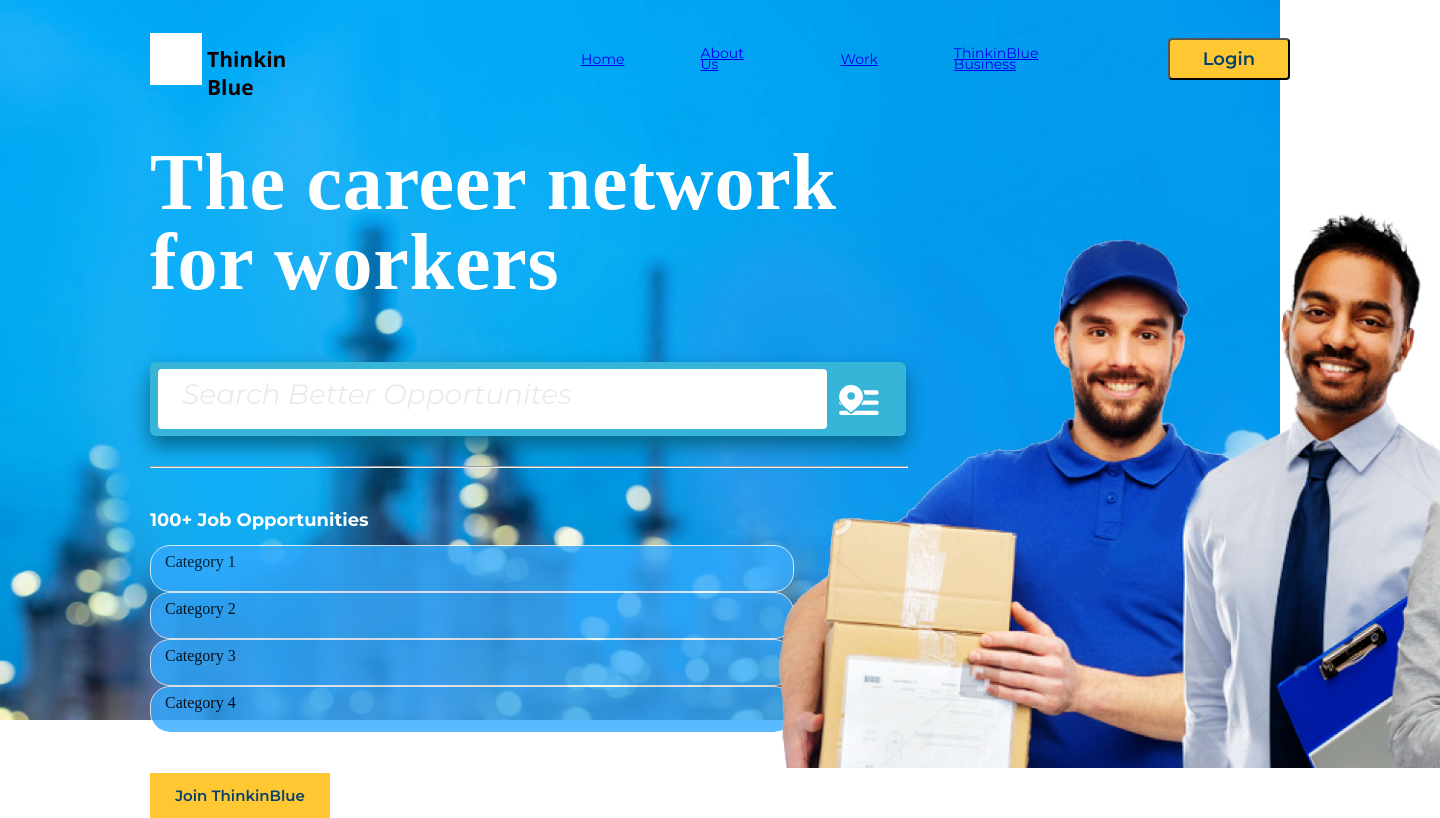
Repository: shekharyadav638/OSL_Assignment_1
Page: index.html
An editor plug-in stored every save of this project. The page is shown before and after the next save, followed by the edit.
The browser window is 1280 px wide. The page is 1440 px wide, so the pictures cover 1440 px, including what lies to the right of the window. The pictures show the whole page.
The style sheet was rebuilt from its Sass, Less or Tailwind sources for each picture, by a compiler version that may differ from the author's.

Above is the page before, as saved 2024-07-13 14:38:56.

After the next save:
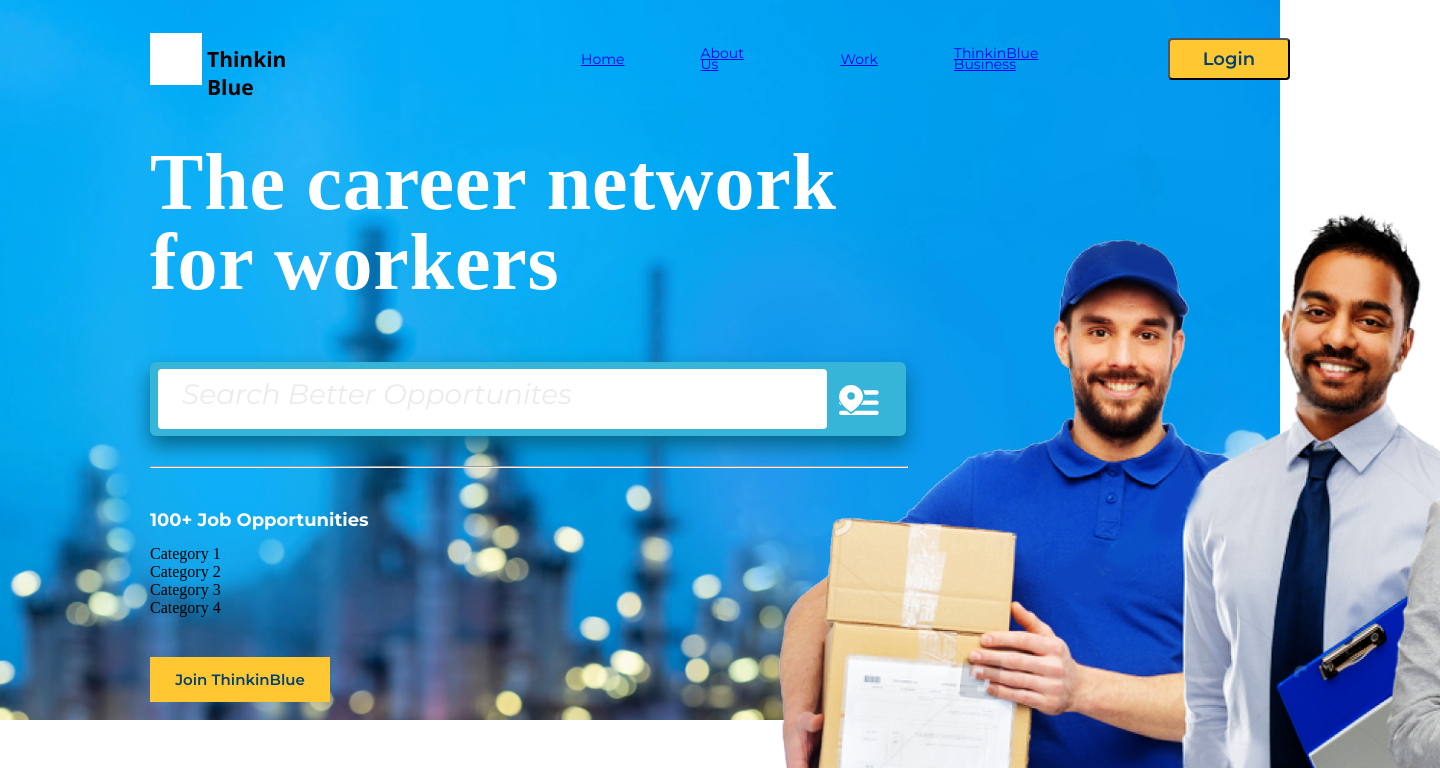
Saved 56 s later.
--- a/_banner.scss
+++ b/_banner.scss
@@ -73,16 +73,19 @@
         margin-top: 15px;
         margin-right: 73px;
         display: grid;
-        &_item {
-          background: #32aaff 0% 0% no-repeat padding-box;
-          border: 1px solid #ffffff;
-          border-radius: 20px;
-          opacity: 0.8;
-          height: 30px;
-          padding-left: 14px;
-          padding-right: 14px;
-          padding-top: 7px;
-          padding-bottom: 8px;
+
+        &_above {
+          &_item {
+            background: #32aaff 0% 0% no-repeat padding-box;
+            border: 1px solid #ffffff;
+            border-radius: 20px;
+            opacity: 0.8;
+            height: 30px;
+            padding-left: 14px;
+            padding-right: 14px;
+            padding-top: 7px;
+            padding-bottom: 8px;
+          }
         }
       }
 

After the save that followed:
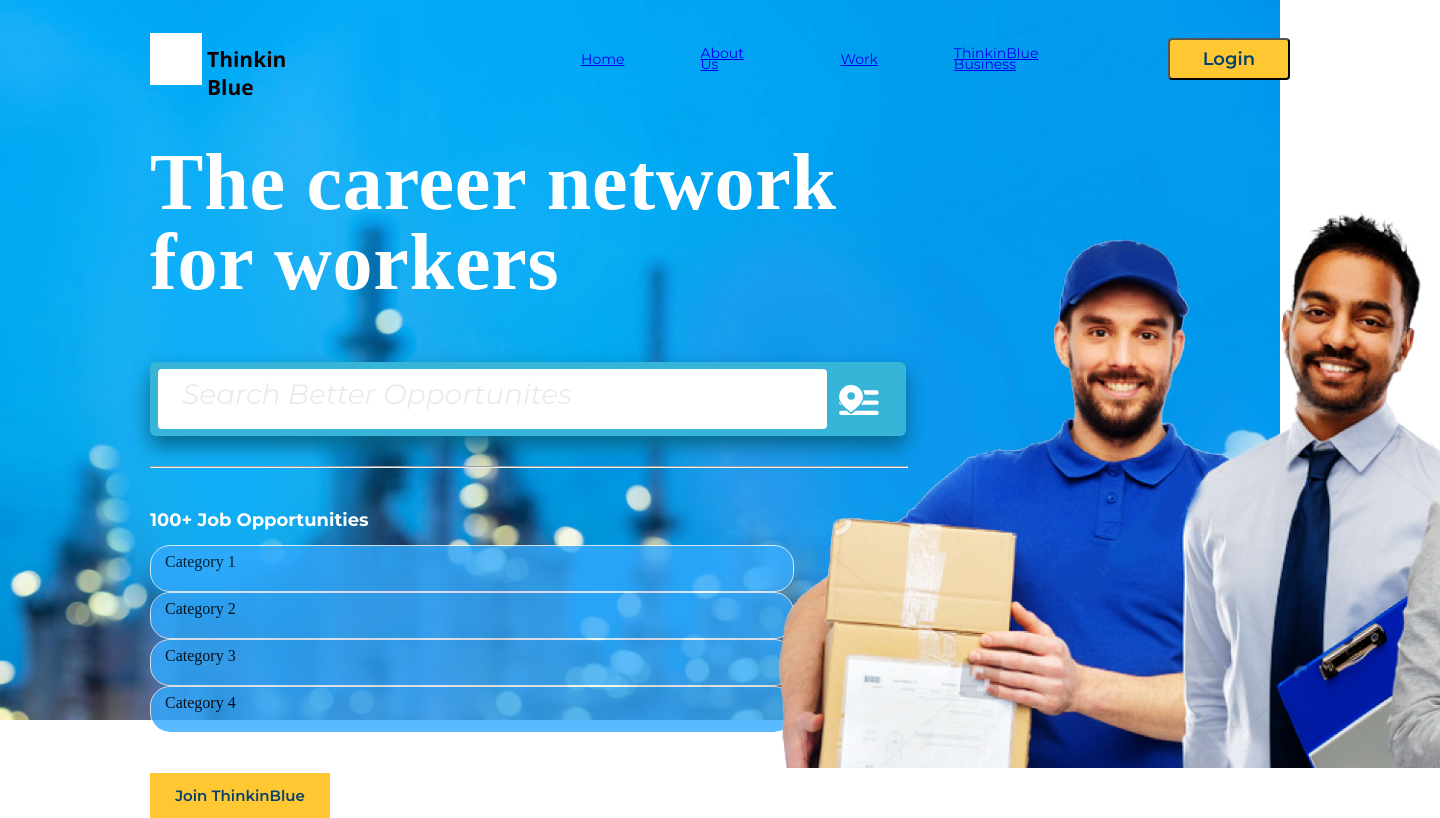
Saved 34 s later.
--- a/index.html
+++ b/index.html
@@ -45,10 +45,10 @@
         <div class="banner_left_categories_title">100+ Job Opportunities</div>
         <div class="banner_left_categories_list">
           <div class="banner_left_categories_list_above">
-            <div class="banner_left_categories_list_item"> Category 1</div>
-            <div class="banner_left_categories_list_item"> Category 2</div>
-            <div class="banner_left_categories_list_item"> Category 3</div>
-            <div class="banner_left_categories_list_item"> Category 4</div>
+            <div class="banner_left_categories_list_above_item"> Category 1</div>
+            <div class="banner_left_categories_list_above_item"> Category 2</div>
+            <div class="banner_left_categories_list_above_item"> Category 3</div>
+            <div class="banner_left_categories_list_above_item"> Category 4</div>
           </div>
         </div>
         <div >
